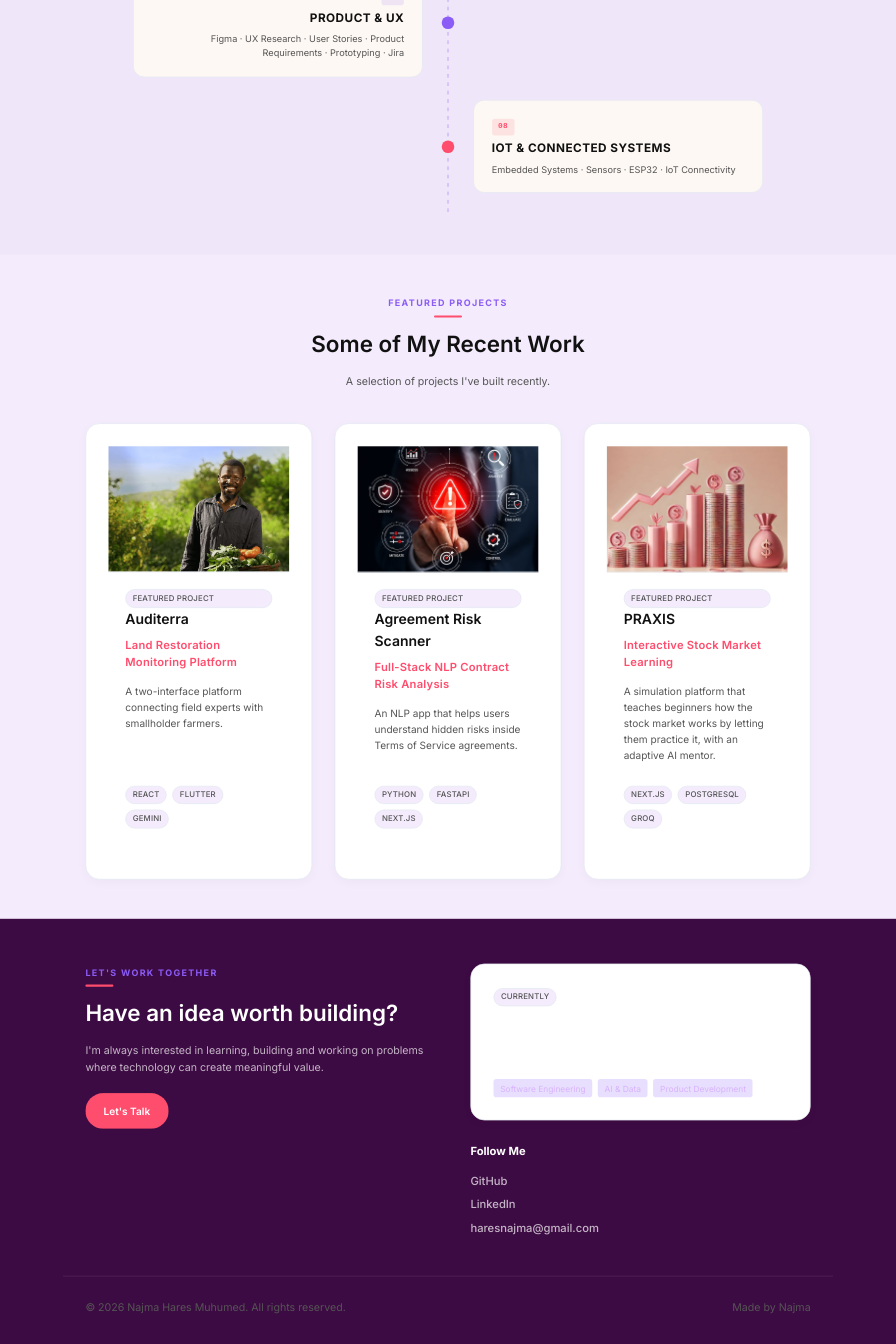
Repository: najmahares/portfolio
Page: index.html
The author's editor kept a copy of each file at every save. The page is drawn from the files as they stood at one save, then again after the next save.
The browser window is 1280 px wide. The pictures show the part of the page from y = 2762 to 4682 px (the page is 4682 px tall before and 4461 px after), at 70% of full size.

Above is the page before, as saved 2026-09-19 11:24:57.

After the next save:
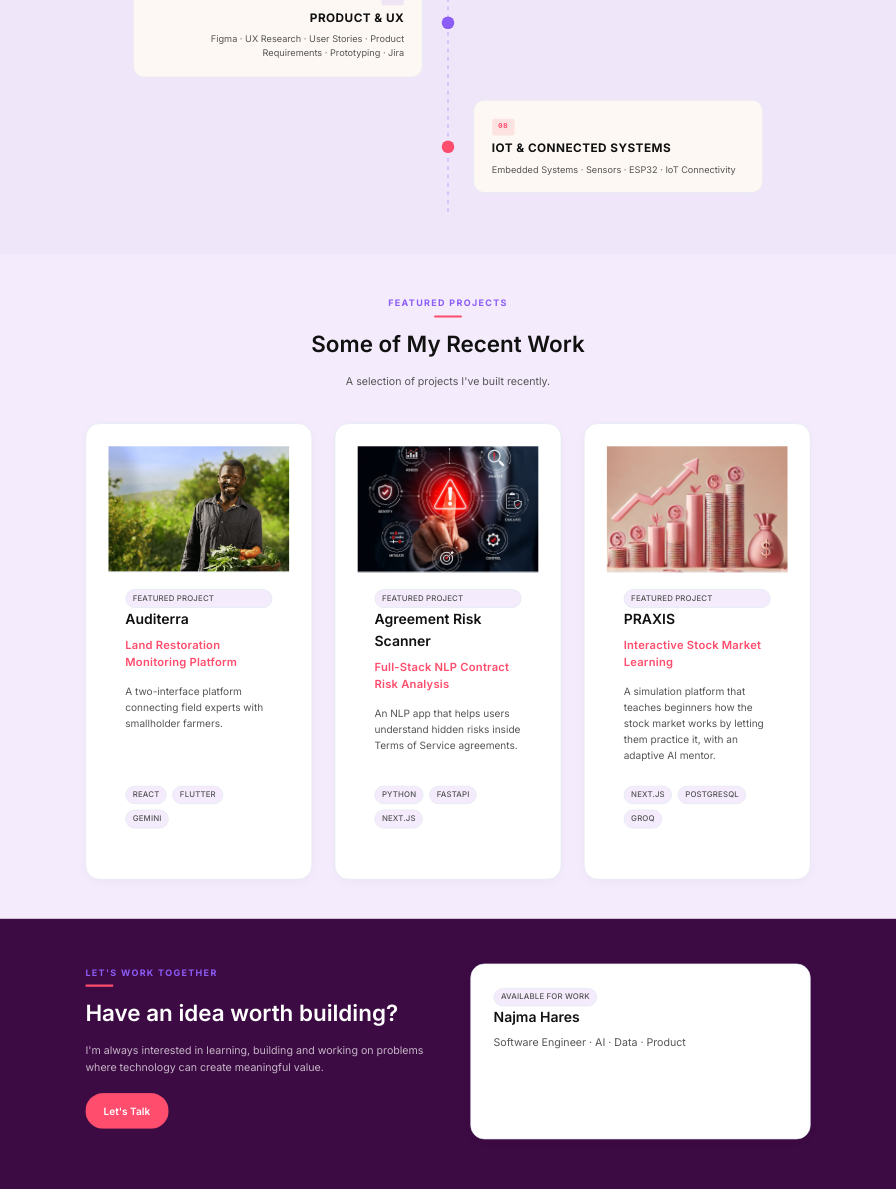
Saved 2 min 54 s later.
--- a/index.html
+++ b/index.html
@@ -342,28 +342,35 @@
           >
         </div>
         <div class="footer-info reveal">
-          <div class="card personal-card">
-            <span class="badge-sm">CURRENTLY</span>
-            <h3>Building & learning</h3>
-            <p><strong>Najma Hares</strong><br />Software Engineer</p>
-            <div class="personal-focus">
-              <span>Software Engineering</span>
-              <span>AI & Data</span>
-              <span>Product Development</span>
-            </div>
-          </div>
-          <div class="social-links">
-            <h4>Follow Me</h4>
-            <a href="#">GitHub</a>
-            <a href="#">LinkedIn</a>
-            <a href="mailto:haresnajma@gmail.com">haresnajma@gmail.com</a>
-          </div>
-        </div>
-      </div>
-      <div class="container footer-bottom">
-        <p>&copy; 2026 Najma Hares Muhumed. All rights reserved.</p>
-        <p>Made by Najma</p>
-      </div>
+  <div class="card contact-card">
+    <span class="badge-sm">Available for work</span>
+    <h3>Najma Hares</h3>
+    <p class="contact-role">Software Engineer · AI · Data · Product</p>
+    <ul class="contact-list">
+      <li>
+        <a href="mailto:haresnajma@gmail.com">
+          <span class="contact-label">Email</span>
+          <span class="contact-value">haresnajma@gmail.com</span>
+          <span class="contact-arrow">↗</span>
+        </a>
+      </li>
+      <li>
+        <a href="#" target="_blank" rel="noopener noreferrer">
+          <span class="contact-label">GitHub</span>
+          <span class="contact-value">github.com/najmahares</span>
+          <span class="contact-arrow">↗</span>
+        </a>
+      </li>
+      <li>
+        <a href="#" target="_blank" rel="noopener noreferrer">
+          <span class="contact-label">LinkedIn</span>
+          <span class="contact-value">linkedin.com/in/najmahares</span>
+          <span class="contact-arrow">↗</span>
+        </a>
+      </li>
+    </ul>
+  </div>
+</div>
     </footer>
 
     <script src="js/main.js"></script>
